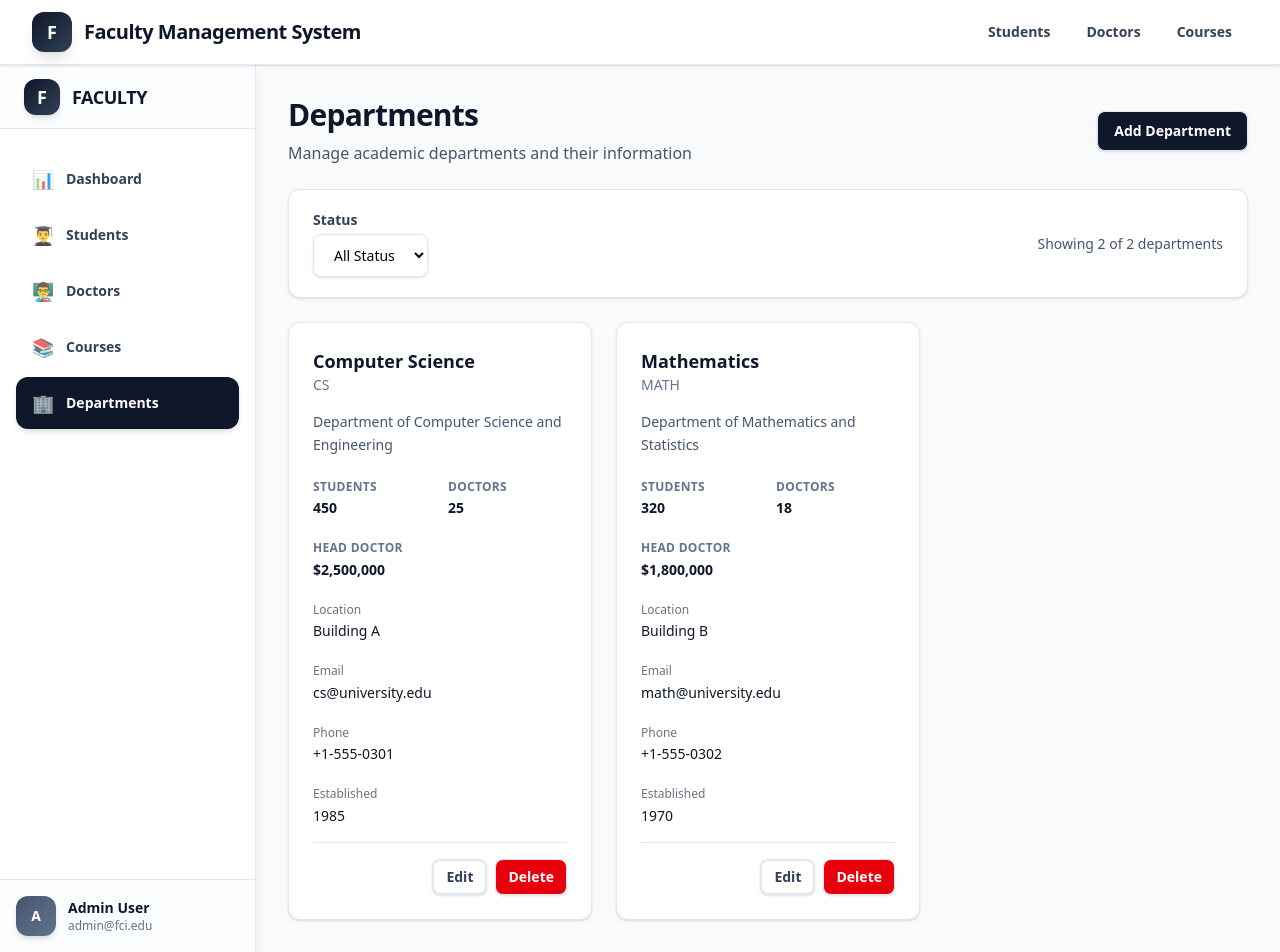
Repository: Mohamedmohsen179/Advanced-DB-Task
Page: /departments (app in frontend/)
These files come from the project's save history. The page is drawn as it stood at one moment and after the next save; the edit follows.
The browser window is 1280 px wide. The pictures show the whole page.
The page's requests for data from a server got no answer. The project was rebuilt for these pictures with package versions that can differ from the ones it lists, and the page was loaded fresh each time. The framework's server and built-in components were replaced by stand-ins that run in the browser. No one was signed in, and anything a server would have sent is missing. Also part of the build but not shown: frontend/next.config.ts.

Above is the page before, as saved 2025-11-29 00:58:23.

After the next save:
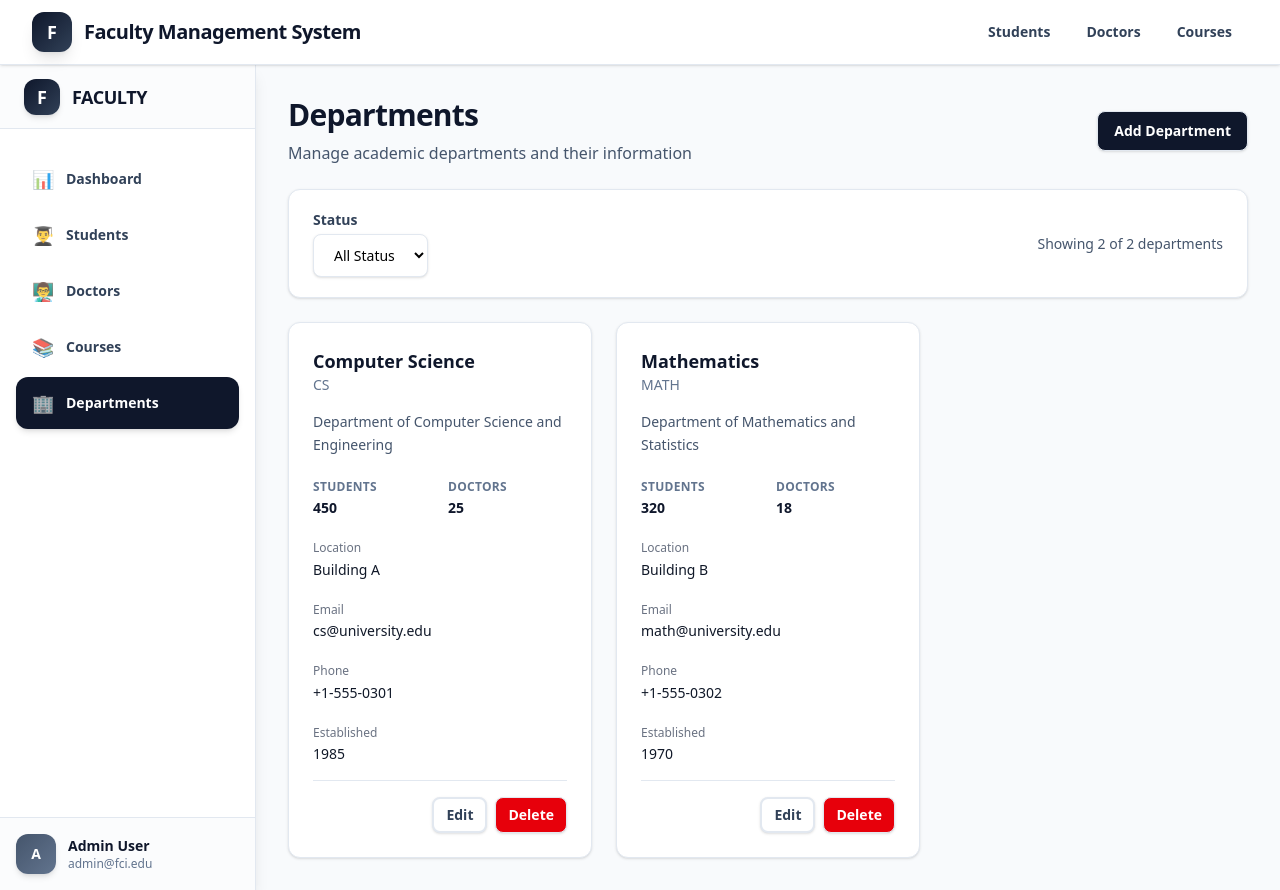
Saved 2 min 34 s later.
--- a/frontend/components/departments/DepartmentCard.tsx
+++ b/frontend/components/departments/DepartmentCard.tsx
@@ -35,14 +35,7 @@ export default function DepartmentCard({ department, onEdit, onDelete }: Departm
             <span className="text-xs font-semibold text-slate-500 uppercase tracking-wide">Doctors</span>
             <p className="text-sm font-semibold text-slate-900">{department.facultyCount}</p>
           </div>
-          {department.budget && (
-            <div className="col-span-2">
-              <span className="text-xs font-semibold text-slate-500 uppercase tracking-wide">Head Doctor</span>
-              <p className="text-sm font-semibold text-slate-900">
-                ${department.budget.toLocaleString()}
-              </p>
-            </div>
-          )}
+
           {department.location && (
             <div className="col-span-2">
               <span className="text-xs font-medium text-gray-500">Location</span>
